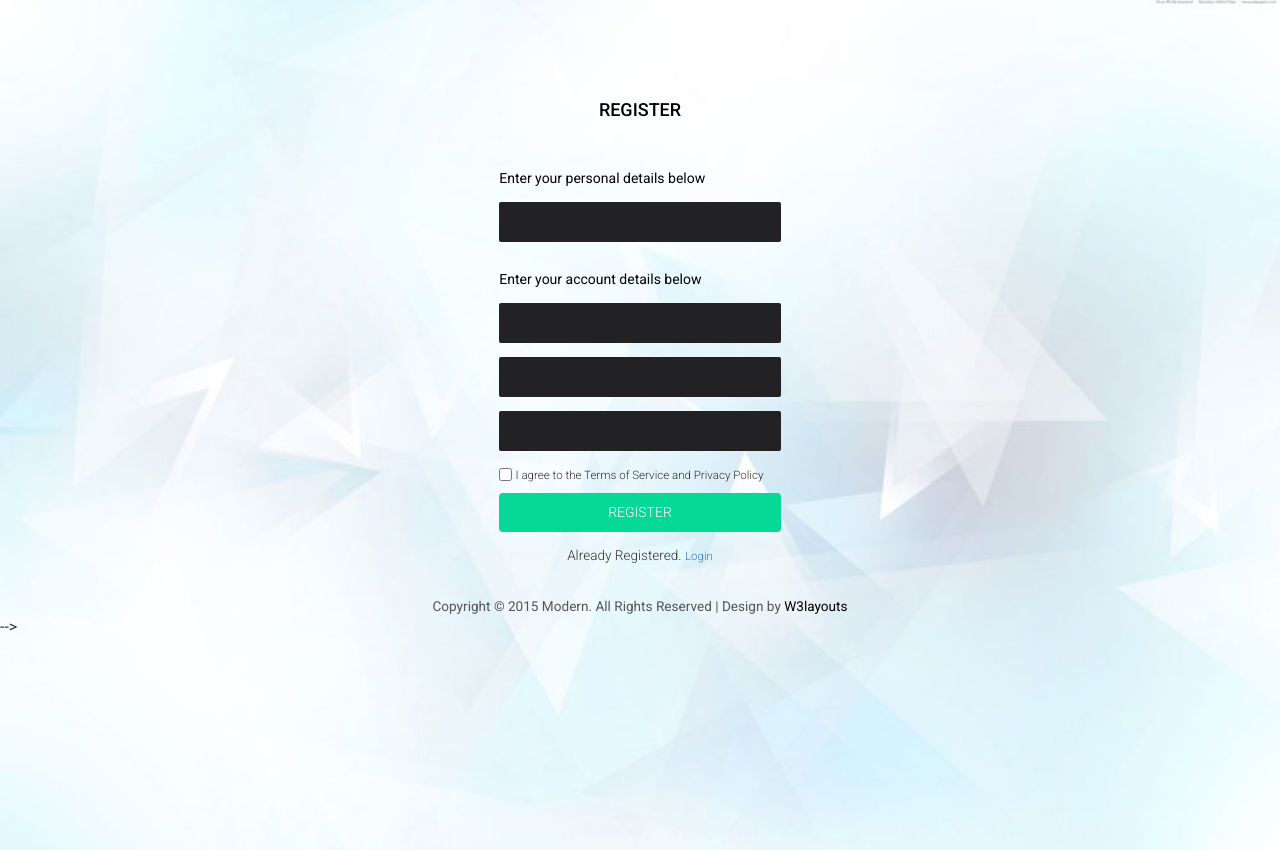
Repository: NomanMustafa/laravel-blog
Page: http://localhost/register
The author's editor kept a copy of each file at every save. The page is drawn from the files as they stood at one save, then again after the next save.
The browser window is 1280 px wide. The pictures show the whole page.
An inner scrolling area shows only its first screen. The page is served by the project's Laravel application, run on PHP 8.4 with Laravel 8. Other server files are loaded and not shown.

Above is the page before, as saved 2020-07-04 23:30:55.

### routes/web.php
<?php

use Illuminate\Support\Facades\Route;

/*
|--------------------------------------------------------------------------
| Web Routes
|--------------------------------------------------------------------------
|
| Here is where you can register web routes for your application. These
| routes are loaded by the RouteServiceProvider within a group which
| contains the "web" middleware group. Now create something great!
|
 */

// Route::get('/', function () {
//     return view('welcome');
// });
Route::get('/', 'PublicControler@index')->name('index');
Route::get('post/{id}', 'PublicControler@singlePost')->name('singlePost');
Route::get('/about', 'PublicControler@about')->name('about');
Route::get('/contect', 'PublicControler@contect')->name('contect');
Route::post('/contect', 'PublicControler@contectPost')->name('contectPost');

Auth::routes();
Route::get('/dashboard', 'HomeController@index')->name('dashboard');

Route::prefix('admin')->group(function(){
    Route::get('/dashboard' , 'AdminController@dashboard')->name('adminDashboard');
});

### resources/views/auth/register.blade.php
@extends('layouts.auth')
@section('content')
<div class="login-logo">
    <a href="index.html"><img src="images/logo.png" alt="" /></a>
</div>
<h2 class="form-heading">Register</h2>
<form class="form-signin app-cam" method="POST" action="{{ route('register') }}">
    @csrf
    <p>Enter your personal details below</p>
    <input type="text" class="form-control1" @error('name') is-invalid @enderror" name="name" value="{{ old('name') }}" required autocomplete="name" autofocus>
    @error('name')
    <span class="invalid-feedback" role="alert">
        <strong>{{ $message }}</strong>
    </span>
    @enderror

    <p> Enter your account details below</p>
    <input type="email" class="form-control1" @error('email') is-invalid @enderror" name="email" value="{{ old('email') }}" required autocomplete="email">
    @error('email')
    <span class="invalid-feedback" role="alert">
        <strong>{{ $message }}</strong>
    </span>
    @enderror
    <input type="password" class="form-control1" @error('password') is-invalid @enderror" name="password" required autocomplete="new-password">
    @error('password')
    <span class="invalid-feedback" role="alert">
        <strong>{{ $message }}</strong>
    </span>
    @enderror
    <input id="password-confirm" type="password" class="form-control1" name="password_confirmation" required autocomplete="new-password">

    <label class="checkbox-custom check-success">
        <input type="checkbox" value="agree this condition" id="checkbox1"> <label for="checkbox1">I agree to the Terms of Service and Privacy Policy</label>
    </label>
    <button class="btn btn-lg btn-success1 btn-block" type="submit">{{ __('Register') }}</button>
    <div class="registration">
        Already Registered.
        <a class="" href="login.html">
           {{ __('Login') }}
        </a>
    </div>
</form>
<div class="copy_layout login register">
    <p>Copyright &copy; 2015 Modern. All Rights Reserved | Design by <a href="http://w3layouts.com/" target="_blank">W3layouts</a> </p>
</div>






<!--
<div class="container">
    <div class="row justify-content-center">
        <div class="col-md-8">
            <div class="card">
                <div class="card-header">{{ __('Register') }}</div>

                <div class="card-body">
                    <form method="POST" action="{{ route('register') }}">
                        @csrf

                        <div class="form-group row">
                            <label for="name" class="col-md-4 col-form-label text-md-right">{{ __('Name') }}</label>

                            <div class="col-md-6">
                                <input id="name" type="text" class="form-control @error('name') is-invalid @enderror" name="name" value="{{ old('name') }}" required autocomplete="name" autofocus>

                                @error('name')
                                    <span class="invalid-feedback" role="alert">
                                        <strong>{{ $message }}</strong>
                                    </span>
                                @enderror
                            </div>
                        </div>

                        <div class="form-group row">
                            <label for="email" class="col-md-4 col-form-label text-md-right">{{ __('E-Mail Address') }}</label>

                            <div class="col-md-6">
                                <input id="email" type="email" class="form-control @error('email') is-invalid @enderror" name="email" value="{{ old('email') }}" required autocomplete="email">

                                @error('email')
                                    <span class="invalid-feedback" role="alert">
                                        <strong>{{ $message }}</strong>
                                    </span>
                                @enderror
                            </div>
                        </div>

                        <div class="form-group row">
                            <label for="password" class="col-md-4 col-form-label text-md-right">{{ __('Password') }}</label>

                            <div class="col-md-6">
                                <input id="password" type="password" class="form-control @error('password') is-invalid @enderror" name="password" required autocomplete="new-password">

                                @error('password')
                                    <span class="invalid-feedback" role="alert">
                                        <strong>{{ $message }}</strong>
                                    </span>
                                @enderror
                            </div>
                        </div>

                        <div class="form-group row">
                            <label for="password-confirm" class="col-md-4 col-form-label text-md-right">{{ __('Confirm Password') }}</label>

                            <div class="col-md-6">
                                <input id="password-confirm" type="password" class="form-control" name="password_confirmation" required autocomplete="new-password">
                            </div>
                        </div>

                        <div class="form-group row mb-0">
                            <div class="col-md-6 offset-md-4">
                                <button type="submit" class="btn btn-primary">
                                    {{ __('Register') }}
                                </button>
                            </div>
                        </div>
                    </form>
                </div>
            </div>
        </div>
    </div>
</div>
-->

### resources/views/layouts/auth.blade.php
<!DOCTYPE HTML>
<html>
<head>
    <title>Modern an Admin Panel Category Flat Bootstarp Resposive Website Template | Login :: w3layouts</title>
    <meta name="viewport" content="width=device-width, initial-scale=1">
    <meta http-equiv="Content-Type" content="text/html; charset=utf-8" />
    <meta name="keywords" content="Modern Responsive web template, Bootstrap Web Templates, Flat Web Templates, Andriod Compatible web template,
Smartphone Compatible web template, free webdesigns for Nokia, Samsung, LG, SonyErricsson, Motorola web design" />
    <script type="application/x-javascript">
        addEventListener("load", function() {
            setTimeout(hideURLbar, 0);
        }, false);

        function hideURLbar() {
            window.scrollTo(0, 1);
        }

    </script>
    <!-- Bootstrap Core CSS -->
    <link href="{{ asset('admin/assets/css/bootstrap.min.css') }}" rel='stylesheet' type='text/css' />
    <!-- Custom CSS -->
    <link href="{{ asset('admin/assets/css/style.css') }}" rel='stylesheet' type='text/css' />
    <link href="{{ asset('admin/assets/css/font-awesome.css') }}" rel="stylesheet">
    <!-- jQuery -->
    <script src="{{ asset('admin/assets/js/jquery.min.js') }}"></script>
    <!----webfonts--->
    <link href='http://fonts.googleapis.com/css?family=Roboto:400,100,300,500,700,900' rel='stylesheet' type='text/css'>
    <!---//webfonts--->
    <!-- Bootstrap Core JavaScript -->
    <script src="{{ asset('admin/assets/js/bootstrap.min.js') }}"></script>
</head>
<body id="login">
   @yield('content')
</body>
</html>

-->

Loaded but not shown: app/Providers/AppServiceProvider.php (common file); app/Http/Controllers/Auth/LoginController.php (common file); app/Http/Controllers/Controller.php (common file); app/Http/Controllers/Auth/ConfirmPasswordController.php (common file); app/Http/Controllers/Auth/RegisterController.php (common file); public/admin/assets/css/bootstrap.min.css (library); public/admin/assets/css/font-awesome.css (library); public/admin/assets/js/jquery.min.js (library); public/admin/assets/js/bootstrap.min.js (library); public/admin/assets/css/style.css (2713 lines, source omitted)

After the next save:
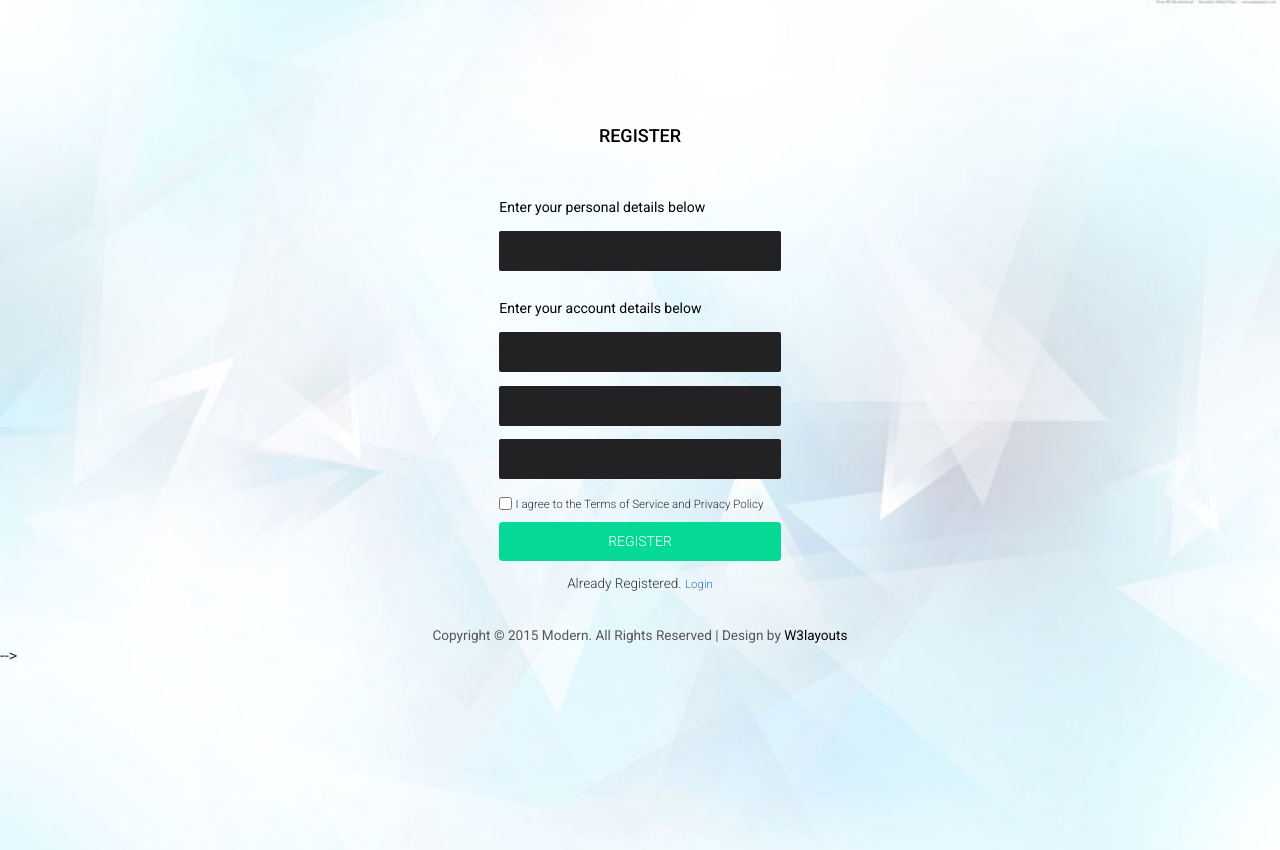
Saved 8 s later.
--- a/resources/views/auth/register.blade.php
+++ b/resources/views/auth/register.blade.php
@@ -43,7 +43,7 @@
 <div class="copy_layout login register">
     <p>Copyright &copy; 2015 Modern. All Rights Reserved | Design by <a href="http://w3layouts.com/" target="_blank">W3layouts</a> </p>
 </div>
-
+@endsection
 
 
 
